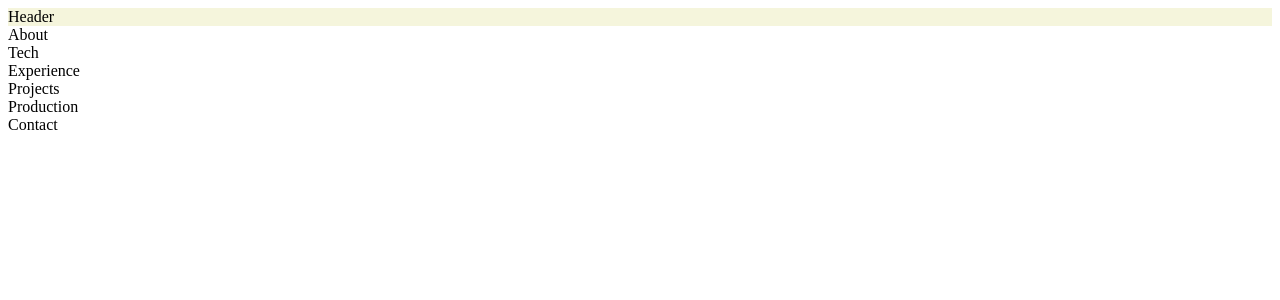
Repository: JasonToups/jasontoups.github.io
Page: /
The author's editor kept a copy of each file at every save. The page is drawn from the files as they stood at one save, then again after a run of saves.
The browser window is 1280 px wide. The pictures show the whole page.
The project was rebuilt for these pictures with package versions that can differ from the ones it lists, and the page was loaded fresh each time. Also part of the build but not shown: webpack.config.js.

Above is the page before, as saved 2021-11-30 12:54:12.

### src/components/App.js
import React from 'react';
import '../style/app.scss';
import About from './About';
import Contact from './Contact';
import Experience from './Experience';
import Header from './Header';
import Production from './Production';
import Projects from './Projects';
import Tech from './Tech';

const App = () => {

	return (
		<div className='portfolio-site'>
			<Header />
      <About />
      <Tech />
      <Experience />
      <Projects />
      <Production />
			<Contact />
		</div>
	);
};

export default App;

### src/style/app.scss
@import "./common/breakpoints.scss";
@import "./common/colors.scss";
@import "./common/fonts.scss";
@import "./common/mixins.scss";
@import "./main.scss"

### src/components/About.js
import React from 'react';

const About = () => {

	return (
		<div className='portfolio-site'>
			About
		</div>
	);
};

export default About;

### src/components/Contact.js
import React from 'react';

const Contact = () => {

	return (
		<div className='portfolio-site'>
			Contact
		</div>
	);
};

export default Contact;

### src/components/Experience.js
import React from 'react';

const Experience = () => {

	return (
		<div className='portfolio-site'>
			Experience
		</div>
	);
};

export default Experience;

### src/components/Header.js
import React from 'react';

const Header = () => {

	return (
		<div className='header'>
			Header
		</div>
	);
};

export default Header;

### src/components/Production.js
import React from 'react';

const Production = () => {

	return (
		<div className='portfolio-site'>
			Production
		</div>
	);
};

export default Production;

### src/components/Projects.js
import React from 'react';

const Projects = () => {

	return (
		<div className='portfolio-site'>
			Projects
		</div>
	);
};

export default Projects;

### src/components/Tech.js
import React from 'react';

const Tech = () => {

	return (
		<div className='portfolio-site'>
			Tech
		</div>
	);
};

export default Tech;

### src/style/common/breakpoints.scss
$breakpoint-xx-large: "xx-large";// 1400px
$breakpoint-x-large: "x-large";// 1200px
$breakpoint-large: "large";// 1000px
$breakpoint-medium: "medium";// 800px
$breakpoint-small: "small";// 700px
$breakpoint-x-small: "x-small";// 550px
$breakpoint-xx-small: "xx-small";// 550px

$xx-large: 87.5rem; // 1400px
$x-large: 75rem; // 1200px
$large: 62.5rem; // 1000px
$medium: 50rem; // 800px
$small: 43.75rem; // 700px
$x-small: 34.375rem; // 550px
$xx-small: 20.0625rem; // 321px

### src/style/common/colors.scss
// Colors
$white: #ffffff;

$light-blue: #e4f8ff;
$react-blue: #80d8f7ff;
$sky-blue: #66c9edff;
$sky-blue-2: #64c5e8ff;
$carolina-blue: #049ed6ff;
$dark-blue: #00698f;
$pewter-blue: #8fa9b3ff;

$color-purple-light: #f6f6fd;
$color-purple-light-2: #e6e6fa;

$shadow-black: #22242626;

// Color Scheme
$color-primary: $react-blue;
$color-secondary: $light-blue;
$color-tertiary: $carolina-blue;
$color-quaternary: $dark-blue;

// Shadows & Borders
$box-shadow: 0 .0625rem .125rem 0 $color-tertiary;
$border-light: 1px solid $color-primary;
$border-dark: 1px solid $color-tertiary;
$border-grey: 1px solid $color-quaternary;

### src/style/common/fonts.scss
$font-primary: 'Ubuntu', sans-serif;

### src/style/common/mixins.scss
@mixin respond-to($breakpoint) {
  @if $breakpoint == "xx-small" {
    @media (max-width: $xx-small) {
      @content;
    }
  } @else if $breakpoint == "x-small" {
    @media (max-width: $x-small) {
      @content;
    }
  } @else if $breakpoint == "small" {
    @media (max-width: $small) {
      @content;
    }
  } @else if $breakpoint == "medium" {
    @media (max-width: $medium) {
      @content;
    }
  } @else if $breakpoint == "large" {
    @media (max-width: $large) {
      @content;
    }
  } @else if $breakpoint == "x-large" {
    @media (max-width: $x-large) {
      @content;
    }
  } @else if $breakpoint == "xx-large" {
    @media (max-width: $xs-large) {
      @content;
    }
  }
}

### src/style/main.scss
.margin-top {
  margin-top: 2rem;
}

.profile-pic-custom {
  max-width: 300px;
}

#portfolio-hr {
  width: 70%;
  border-top: 2px solid #bfbfbf;
}

.header {
  background-color: beige;
}

.header-logo {
  width: 50vw;
}


.hero {
  h1 {

  }
  h3 {

  }
}

.overlay {

}

.about-me {
  .content-container {
    .row {
      display: flex;
      flex-wrap: wrap;
      img {

      }
      .description {
        h2 {

        }
        p {

        }
      }
    }
  }
}

.tech-stack {

}

.tech-stack--section {
  width: 100%;
  .content-section-heading {
    h1 {

    }
    h2 {

    }
  }
  .tech-stack--container {
    display: flex;
    flex-direction: row;
    flex-wrap: wrap;
    justify-content: space-evenly;
    max-width: 900px;
    margin: auto;
  }

  .tech-stack--container-item {
    width: 100%;
    max-width: 200px;
    span {
      i {

      }
    }
    h4 {

    }
  }
}

.engineering-experience--section {

}

.engineering-experience--container {
  display: flex;
  flex-direction: row;
  margin-bottom: 2rem;
  width: 100%;
}

@media (max-width: 992px) {
  .engineering-experience--container {
    flex-direction: column;
  }
}

.engineering-experience--image-container {
  /* flex-grow: 1; */
  width: 40%;
  /* margin: 2rem; */
}

@media (max-width: 992px) {
  .engineering-experience--image-container {
    width: 100%;
  }
}

.engineering-experience--image {
  width: 100%;
}

.engineering-experience--description {
  /* flex-grow: 1; */
  width: 60%;
  margin: 0 2rem;

  p {
    font-size: 1.5em;
  }
}

@media (max-width: 992px) {
  .engineering-experience--description {
    width: 100%;
    margin: 2rem 0;
  }
}

.storyboards--section {
  text-align: center;
}


.storyboards--container {
  display: flex;
  flex-direction: row;
  width: 100%;
}

.storyboard--image-card {
  width: 33.33%;
  margin: 0 2rem;
  display: flex;
  flex-direction: column;
}

.storyboard--image-container {
  a {
    img {

    }
  }
}

.storyboard--image {
  border-radius: 2rem;
  margin-bottom: 1rem;
  width: 100%;
}

.storyboard--title {
  font-size: 1.5em;
  font-weight: 500;
  text-align: center;
}

@media (max-width: 992px) {
  .storyboards--container {
    flex-direction: column;
  }

  .storyboard--image-card {
    flex-direction: row;
    margin: 0;
    width: 100%;
  }

  .storyboard--image-container {
    flex-shrink: 0;
    width: 30%;
  }

  .storyboard--image {

  }

  .storyboard--title {
    align-self: center;
    flex-shrink: 1;
    margin-left: 2rem;
    text-align: left;
  }
}

.recent-projects--section {
  .content-section-heading {
    h2 {

    }
  }

}


#disney-logo {
  width: 100%;
}

#warner-logo {
  width: 70px;
  margin-bottom: 10px;
}

#adult-swim-logo {
  width: 80px;
  margin-bottom: 15px;
}

#king-logo {
  width: 95px;
  margin-bottom: 20px;
}

#zynga-logo {
  width: 70px;
  margin-bottom: 10px;
}

#kixeye-logo {
  width: 80px;
  margin-bottom: 15px;
}

#chartboost-logo {
  width: 90px;
  margin-bottom: 25px;
}

#big-fish-logo {
  width: 80px;
  margin-bottom: 15px;
}

Loaded but not shown: public/index.html (common file); src/index.js (common file); src/reportWebVitals.js (common file)

After the next 2 saves:
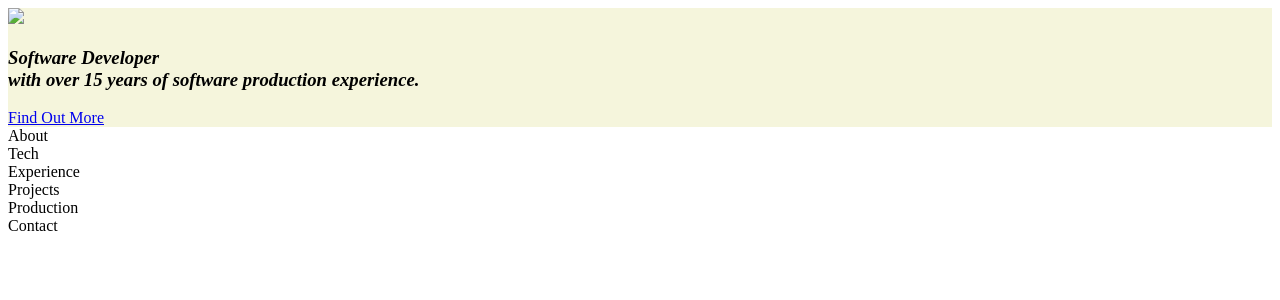
Not found: img/name/logo-jason-toups.svg
The 2 saves are shown as one change because 1 did not build or start.
The last was saved 46 s later.
--- a/src/components/Header.js
+++ b/src/components/Header.js
@@ -4,7 +4,18 @@
 
 	return (
 		<div className='header'>
-			Header
+			<div className="hero">
+        <img className="header-logo" src='./img/name/logo-jason-toups.svg' />
+        <h3 className="mb-5">
+          <em
+            >Software Developer<br />
+            with over 15 years of software production experience.</em
+          >
+        </h3>
+        <a className="btn btn-primary btn-xl js-scroll-trigger" href="#about"
+          >Find Out More</a
+        >
+      </div>
 		</div>
 	);
 };
